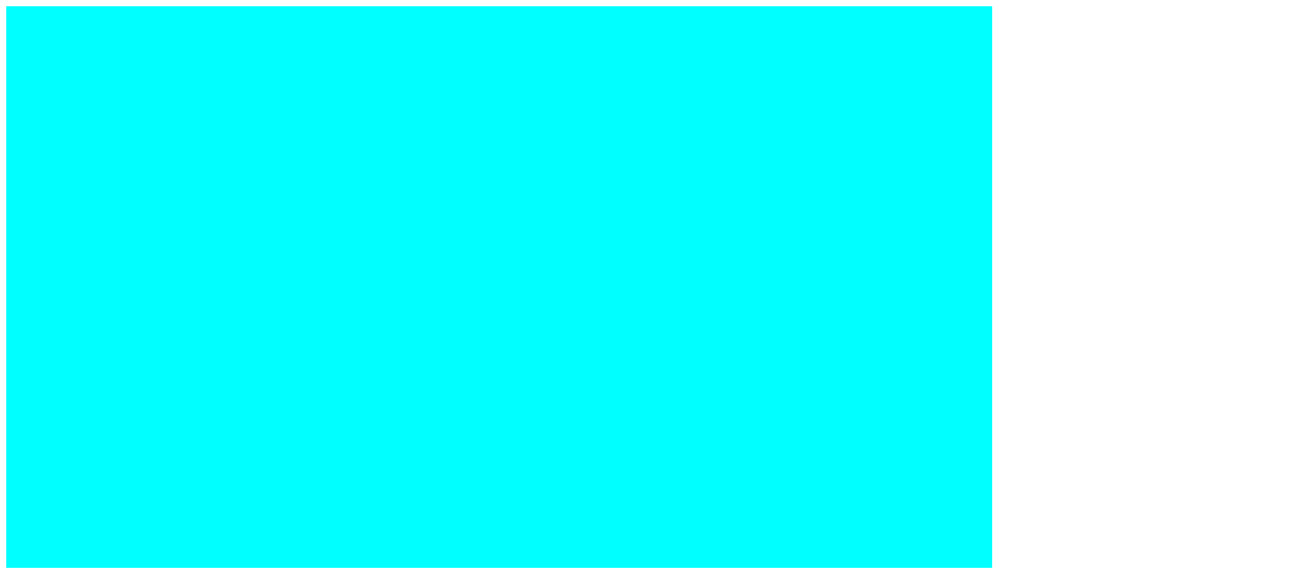
Repository: PoladEziz/Task3
Page: index.html
The author's editor kept a copy of each file at every save. The page is drawn from the files as they stood at one save, then again after the next save.
The browser window is 1280 px wide. The page is 1280 px wide, then 1672 px, so the pictures cover 1672 px, including what lies to the right of the window. The pictures show the whole page, at 78% of full size.

Above is the page before, as saved 2023-05-04 18:10:51.

After the next save:
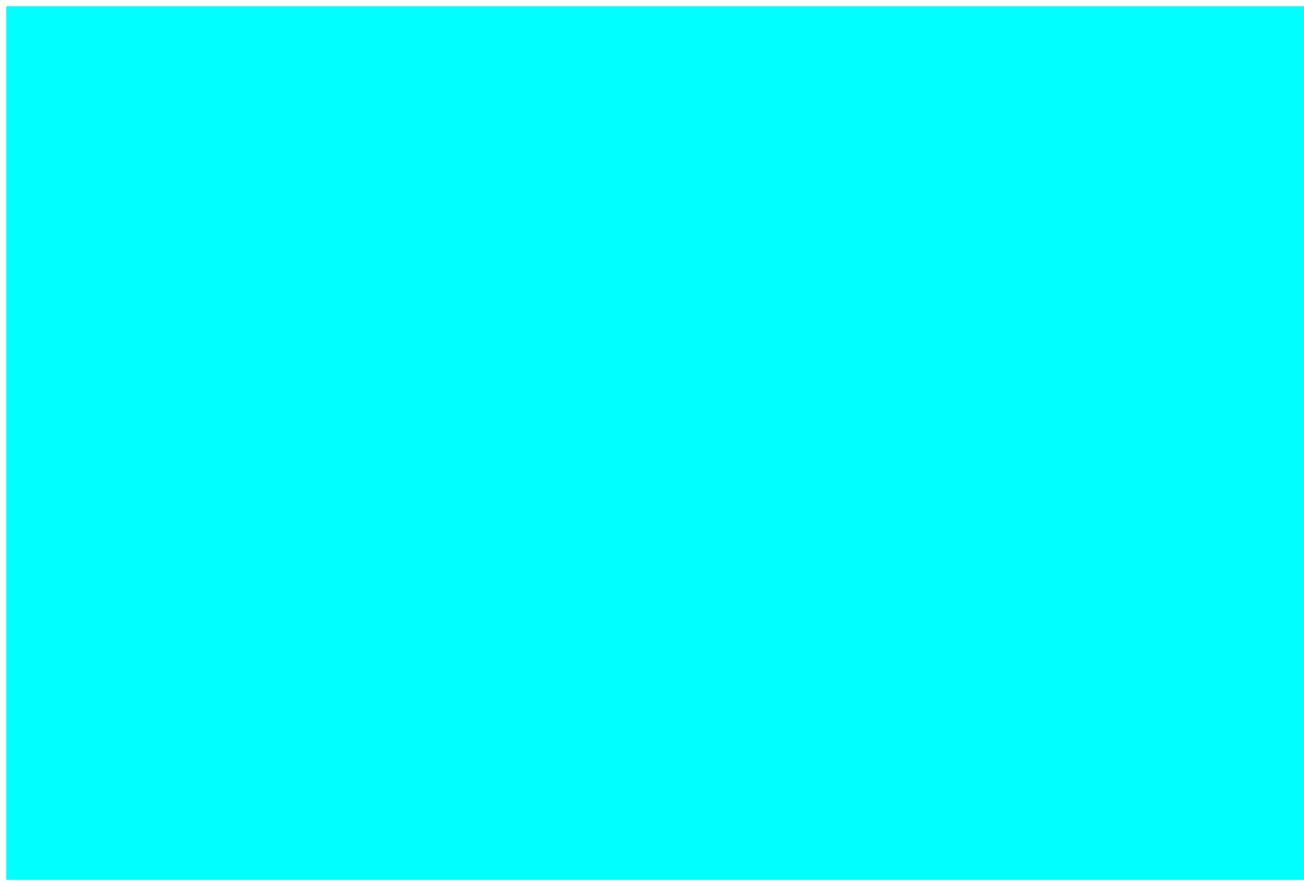
Saved 4 s later.
--- a/index.css
+++ b/index.css
@@ -2,5 +2,5 @@
     width: 100%;
     background-color: aqua;
     min-height: 100vh;
-    padding: ;
+    padding: 200px;
 }
